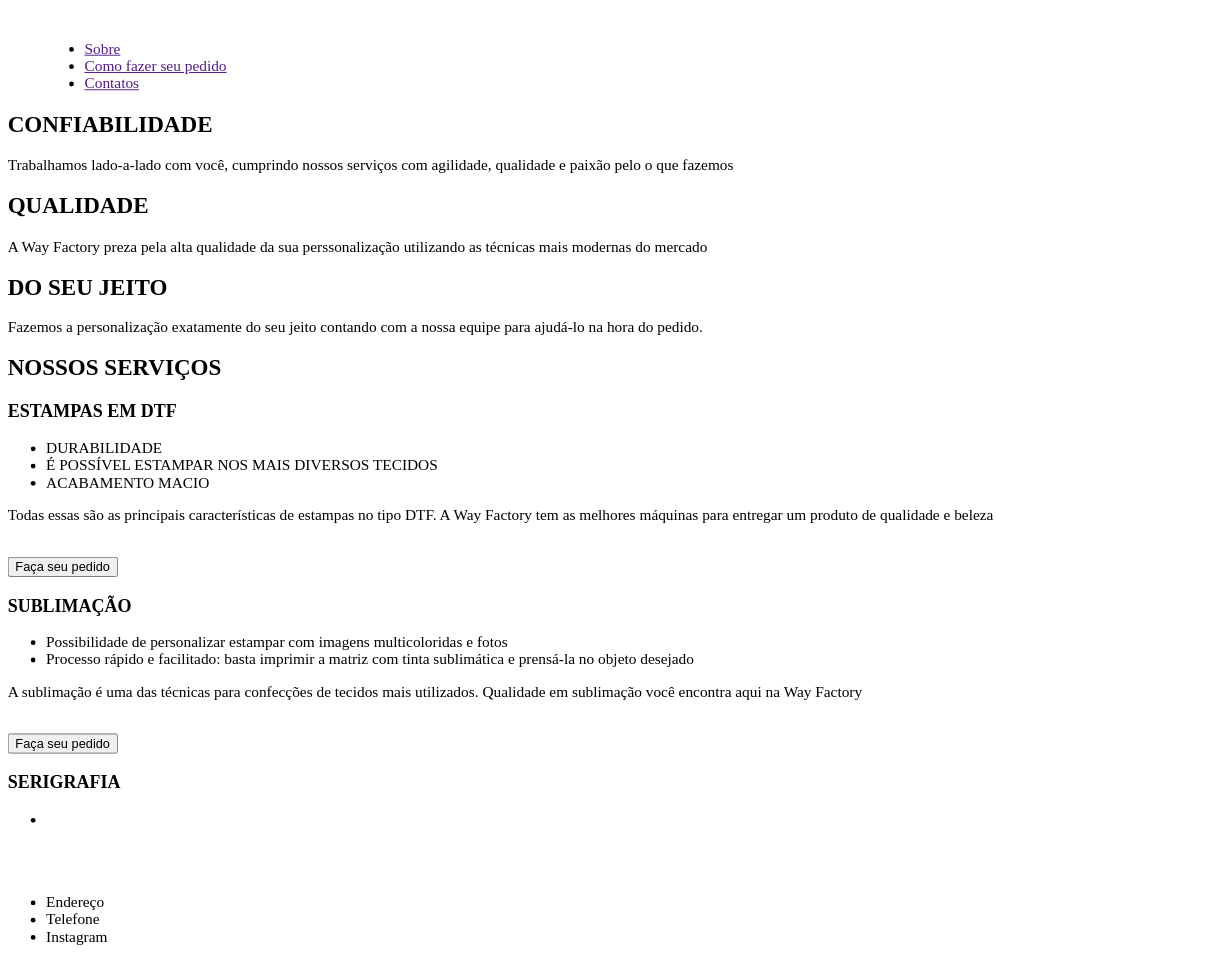
Repository: Leonngc/way-factory
Page: index.html
These files come from the project's save history. The page is drawn as it stood at one moment and after a run of saves; the edit follows.
The browser window is 1280 px wide. The pictures show the whole page, at 96% of full size.
Some icons come from a web library that is not loaded, so they are not drawn.

Above is the page before, as saved 2023-02-07 20:18:13.

### index.html
<!DOCTYPE html>
<html lang="pt-br">
  <head>
    <meta charset="UTF-8" />
    <meta http-equiv="X-UA-Compatible" content="IE=edge" />
    <meta name="viewport" content="width=device-width, initial-scale=1.0" />
    <link rel="shortcut icon" href="favicon.ico" type="image/x-icon" />
    <link
      rel="stylesheet"
      href="https://cdn-uicons.flaticon.com/uicons-bold-rounded/css/uicons-bold-rounded.css"
    />
    <title>Way Factory</title>
  </head>
  <body>
    <header>
      <img src="" alt="" id="logo" />
      <menu>
        <ul>
          <i class="fi fi-br-menu-burger" id="menu-burguer"></i>
          <li><a href="">Sobre</a></li>
          <li><a href="">Como fazer seu pedido</a></li>
          <li><a href="">Contatos</a></li>
        </ul>
      </menu>
    </header>

    <main>
      <div class="container-slogan">
        <div class="slogans">
          <h2>CONFIABILIDADE</h2>
          <p>
            Trabalhamos lado-a-lado com você, cumprindo nossos serviços com
            agilidade, qualidade e paixão pelo o que fazemos
          </p>
        </div>

        <div class="slogans">
          <h2>QUALIDADE</h2>
          <p>
            A Way Factory preza pela alta qualidade da sua perssonalização
            utilizando as técnicas mais modernas do mercado
          </p>
        </div>

        <div class="slogans">
          <h2>DO SEU JEITO</h2>
          <p>
            Fazemos a personalização exatamente do seu jeito contando com a
            nossa equipe para ajudá-lo na hora do pedido.
          </p>
        </div>
      </div>

      <section>
        <h2>NOSSOS SERVIÇOS</h2>
        <div>
          <h3>ESTAMPAS EM DTF</h3>
          <div>
            <ul>
              <li>DURABILIDADE</li>
              <li>É POSSÍVEL ESTAMPAR NOS MAIS DIVERSOS TECIDOS</li>
              <li>ACABAMENTO MACIO</li>
            </ul>

            <p>
              Todas essas são as principais características de estampas no tipo
              DTF. A Way Factory tem as melhores máquinas para entregar um
              produto de qualidade e beleza
            </p>
          </div>
          <img src="" alt="" />
        </div>
        <button>Faça seu pedido</button>
        <div>
          <h3>SUBLIMAÇÃO</h3>
          <div>
            <ul>
              <li>
                Possibilidade de personalizar estampar com imagens
                multicoloridas e fotos
              </li>
              <li>
                Processo rápido e facilitado: basta imprimir a matriz com tinta
                sublimática e prensá-la no objeto desejado
              </li>
            </ul>
            <p>
              A sublimação é uma das técnicas para confecções de tecidos mais
              utilizados. Qualidade em sublimação você encontra aqui na Way
              Factory
            </p>
          </div>
          <img src="" alt="" />
        </div>

        <button>Faça seu pedido</button>

        <div>
            <h3>SERIGRAFIA</h3>
            <ul>
                <li></li>
            </ul>
          <img src="" alt="" />

        </div>

        <div>
          <img src="" alt="" />
        </div>
      </section>
    </main>

    <footer>
      <ul>
        <li>Endereço</li>
        <li>Telefone</li>
        <li>Instagram</li>
      </ul>
    </footer>
  </body>
</html>

After the next 3 saves:
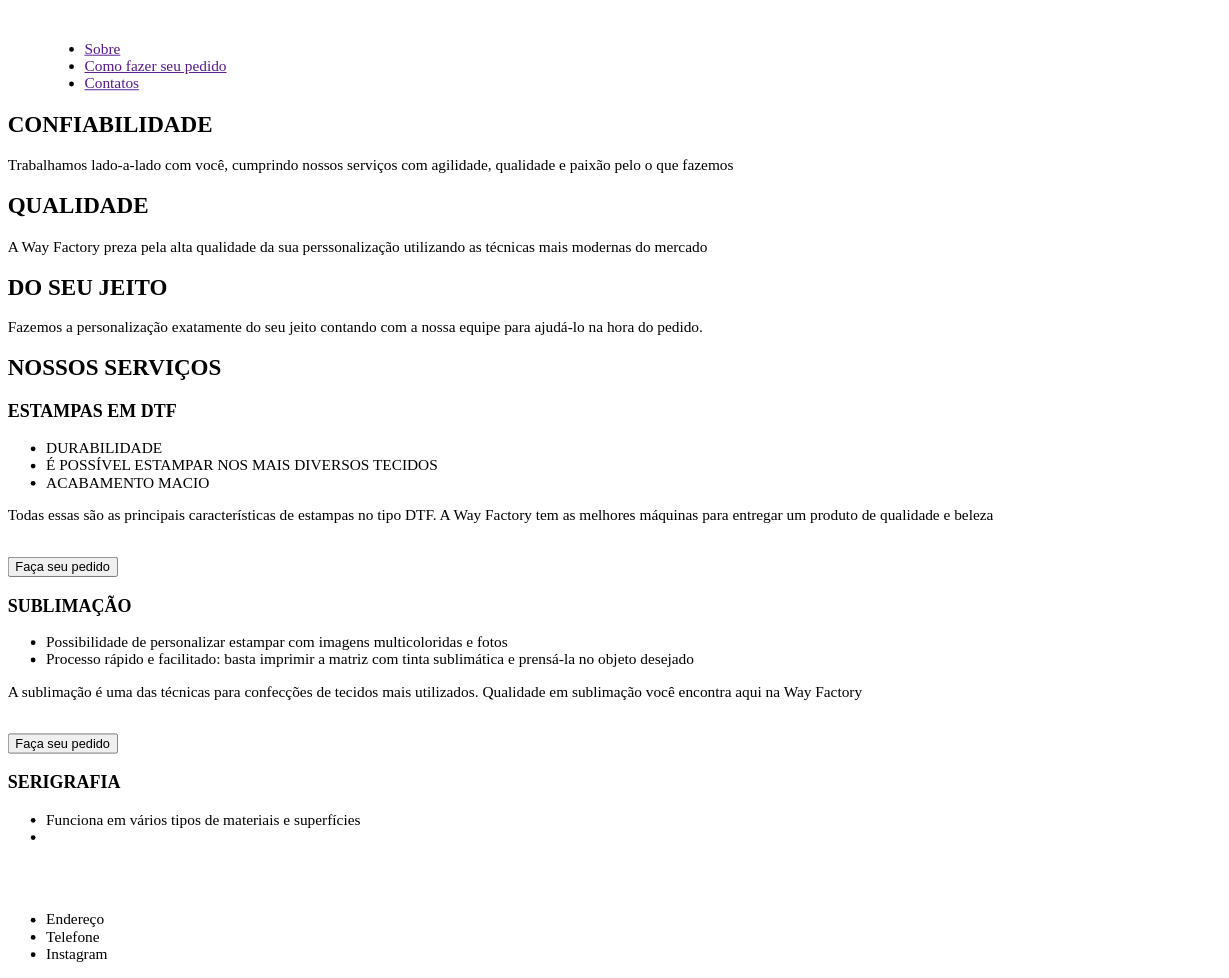
The 3 saves are shown as one change because they came seconds apart.
The last was saved 22 s later.
--- a/index.html
+++ b/index.html
@@ -98,6 +98,7 @@
         <div>
             <h3>SERIGRAFIA</h3>
             <ul>
+                <li>Funciona em vários tipos de materiais e superfícies</li>
                 <li></li>
             </ul>
           <img src="" alt="" />
